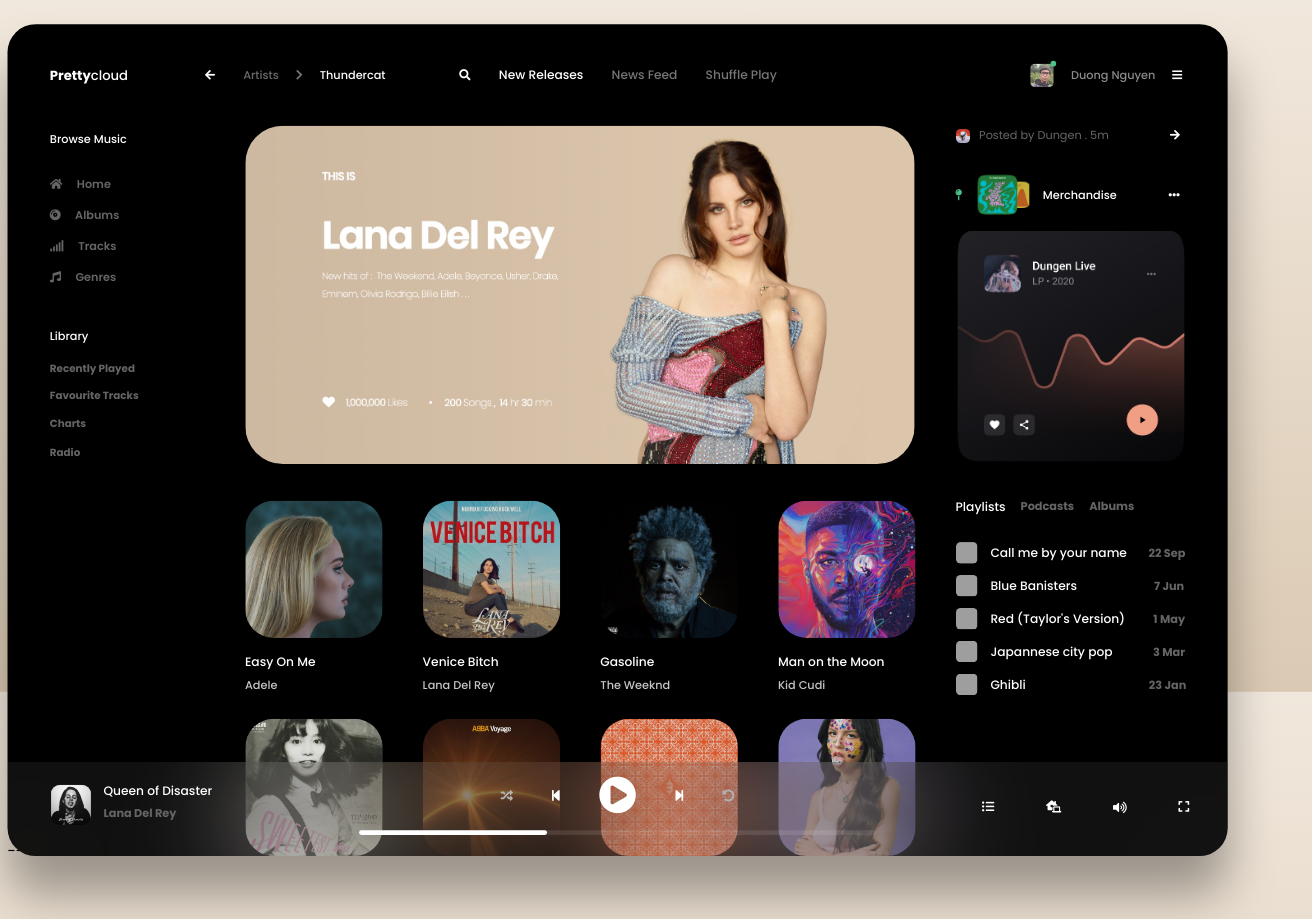
Repository: nguyenduong12345/music-player
Page: glass.html
The author's editor kept a copy of each file at every save. The page is drawn from the files as they stood at one save, then again after the next save.
The browser window is 1280 px wide. The page is 1396 px wide, then 1280 px, so the pictures cover 1396 px, including what lies to the right of the window. The pictures show the whole page, at 94% of full size.
Pictures or frames that could not be fetched are drawn as grey boxes. The style sheet was rebuilt from its Sass, Less or Tailwind sources for each picture, by a compiler version that may differ from the author's.

Above is the page before, as saved 2022-02-07 12:26:28.

### glass.html
<!DOCTYPE html>
<html lang="en">
  <head>
    <meta charset="UTF-8" />
    <meta http-equiv="X-UA-Compatible" content="IE=edge" />
    <meta name="viewport" content="width=device-width, initial-scale=1.0" />
    <title>Glass Website</title>
    <link
      href="https://fonts.googleapis.com/css2?family=Poppins:ital,wght@0,300;0,400;0,500;0,600;0,700;0,800;1,300;1,400;1,500;1,600;1,700;1,800&family=Rubik:ital,wght@0,300;0,400;0,500;0,600;0,700;0,800;1,300;1,400;1,500;1,600;1,700;1,800&display=swap"
      rel="stylesheet"
    />
    <link rel="stylesheet" href="./css/glass.css" />
    <link href="/fontawesome/css/all.css" rel="stylesheet" />
  </head>
  <body>
    <script src=""></script>
    <!-- <div class="circle"></div> -->
    <!-- <main>
      <section class="glass">
        <div class="dashboard">
          <div class="user">
            <div class="user-avatar">
              <img class="avatar" srcset="image\IMG_6675.jpg" alt="" />
            </div>
            <h3>Duong Nguyen</h3>
            <p>Pro Member</p>
          </div>
          <div class="links">
            <div class="link">
              <img class="dashboard-icon" src="../image/steam.png" alt="" />
              <h2 class="link-text">Streams</h2>
            </div>
            <div class="link">
              <img class="dashboard-icon" src="../image/library.png" alt="" />
              <h2 class="link-text">Library</h2>
            </div>
            <div class="link">
              <img class="dashboard-icon" src="../image/twitch.png" alt="" />
              <h2 class="link-text">Games</h2>
            </div>
            <div class="link">
              <img class="dashboard-icon" src="../image/upcoming.png" alt="" />
              <h2 class="link-text">New</h2>
            </div>
            <div class="pro">
              <h2 class="pro-text">Join pro for free games.</h2>
              <img
                class="dashboard-icon"
                srcset="../image/controller.png"
                alt=""
              />
            </div>
          </div>
        </div>
        <div class="games">
          <div class="intro">
            <div class="games-heading">
              <h1>Active Games</h1>
            </div>
            <div class="seach-games">
              <input type="seach" class="seach-games__game" id="" />
              <div class="seach-games__custom"></div>
            </div>
          </div>
          <div class="card">
            <img class="game-image" src="./image/sackboy.png" alt="" />
            <div class="card-info">
              <h2 class="card-info__title">Sackboy A Great Advanture</h2>
              <p class="card-info__desc">PS5 Version</p>
              <div class="card-progress"></div>
            </div>
            <h2 class="percentage">60%</h2>
          </div>
          <div class="card">
            <img class="game-image" src="./image/spiderman.png" alt="" />
            <div class="card-info">
              <h2 class="card-info__title">Spiderman Miles Morales</h2>
              <p class="card-info__desc">PS5 Version</p>
              <div class="card-progress"></div>
            </div>
            <h2 class="percentage">60%</h2>
          </div>
          <div class="card">
            <img class="game-image" src="./image/assassins.png" alt="" />
            <div class="card-info">
              <h2 class="card-info__title">Assassins Creed Valhalla</h2>
              <p class="card-info__desc">PS5 Version</p>
              <div class="card-progress"></div>
            </div>
            <h2 class="percentage">60%</h2>
          </div>
        </div>
      </section>
    </main>
    <div class="circle1"></div>
    <div class="circle2"></div> -->
    <!-- <section class="grid">


      <div class="custom-grid">
        <img
          class="custom-grid__item"
          src="https://images.unsplash.com/photo-1519681393784-d120267933ba?ixlib=rb-1.2.1&ixid=MnwxMjA3fDB8MHxwaG90by1wYWdlfHx8fGVufDB8fHx8&auto=format&fit=crop&w=1170&q=80"
          alt=""
        />
        <img
          class="custom-grid__item"
          src="https://images.unsplash.com/photo-1485470733090-0aae1788d5af?ixlib=rb-1.2.1&ixid=MnwxMjA3fDB8MHxwaG90by1wYWdlfHx8fGVufDB8fHx8&auto=format&fit=crop&w=1217&q=80"
          alt=""
        />
        <img
          class="custom-grid__item"
          src="https://images.unsplash.com/photo-1508739773434-c26b3d09e071?ixlib=rb-1.2.1&ixid=MnwxMjA3fDB8MHxwaG90by1wYWdlfHx8fGVufDB8fHx8&auto=format&fit=crop&w=1170&q=80"
          alt=""
        />
        <img
          class="custom-grid__item"
          src="https://images.unsplash.com/photo-1508182314998-3bd49473002f?ixlib=rb-1.2.1&ixid=MnwxMjA3fDB8MHxwaG90by1wYWdlfHx8fGVufDB8fHx8&auto=format&fit=crop&w=1170&q=80"
          alt=""
        />
        <img
          class="custom-grid__item"
          src="https://images.unsplash.com/photo-1508144753681-9986d4df99b3?ixlib=rb-1.2.1&ixid=MnwxMjA3fDB8MHxwaG90by1wYWdlfHx8fGVufDB8fHx8&auto=format&fit=crop&w=1170&q=80"
          alt=""
        />
        <img
          class="custom-grid__item"
          src="https://images.unsplash.com/photo-1508144322886-717c284ab392?ixlib=rb-1.2.1&ixid=MnwxMjA3fDB8MHxwaG90by1wYWdlfHx8fGVufDB8fHx8&auto=format&fit=crop&w=1170&q=80"
          alt=""
        />
      </div>
    </section> -->
    <!-- <section class="langdingpage-practice">
      <div class="langdingpage">
        <div class="container">
          <div class="heading">
            <div class="heading-logos">
              <span class="heading__logo">Demo</span> -->
    <!-- </div>
            <div class="heading-menu">
              <a href="" class="heading-menu__option">Find passion</a>
              <a href="" class="heading-menu__option">Categories</a>
              <a href="" class="heading-menu__option">Skills</a>
              <a href="" class="heading-menu__option">Customer</a>
            </div>
            <div class="heading-login">
              <a href="" class="heading-login__option">Login</a>
              <a href="" class="heading-login__option">Free Trial</a>
            </div>
          </div>
          <div class="hero">
            <div class="title">
              <h1>Watch.</h1>
              <h1>Learn.</h1>
              <h1>Grow.</h1>
            </div>
            <div class="course">
              <div class="course-item">
                <img
                  class="course-image"
                  src="https://images.unsplash.com/photo-1633113093730-47449a1a9c6e?ixlib=rb-1.2.1&ixid=MnwxMjA3fDB8MHxwaG90by1wYWdlfHx8fGVufDB8fHx8&auto=format&fit=crop&w=687&q=80"
                  alt=""
                />
              </div>
              <div class="course-item">
                <img
                  class="course-image"
                  src="https://images.unsplash.com/photo-1633113087654-c49c686c2cdf?ixlib=rb-1.2.1&ixid=MnwxMjA3fDB8MHxwaG90by1wYWdlfHx8fGVufDB8fHx8&auto=format&fit=crop&w=687&q=80"
                  alt=""
                />
              </div>
              <div class="course-item">
                <img
                  class="course-image"
                  src="https://images.unsplash.com/photo-1633119446564-877e2c2ae501?ixlib=rb-1.2.1&ixid=MnwxMjA3fDB8MHxwaG90by1wYWdlfHx8fGVufDB8fHx8&auto=format&fit=crop&w=687&q=80"
                  alt=""
                />
              </div>
            </div>
          </div>
          <div class="button">
            <div class="intro">
              <span class="intro-desc">Find your passion</span>
              <div class="intro-box"></div>
            </div>
            <div class="click">
              <a href="" class="click-link">Go</a>
              <div class="click-box"></div>
            </div>
          </div>
        </div>
      </div>
    </section> -->
    <div class="music-landingpage">
      <div class="container">
        <div class="heading">
          <span class="heading-logo">  <strong>Pretty</strong>cloud</span>
          <a href="" class="heading-next__left">
            <i class="fas fa-arrow-left"></i>
          </a>
          <div class="heading-choose">
            <span class="heading-artists">Artists</span>
            <i class="fas fa-chevron-right"></i>
            <span class="heading-thundercat">Thundercat</span>
          </div>
          <div class="heading-menu">
            <i class="heading-menu-item fas fa-search"></i>
            <h3 class="heading-menu-item releases">New Releases</h3>
            <h3 class="heading-menu-item feed">News Feed</h3>
            <h3 class="heading-menu-item play">Shuffle Play</h3>
          </div>
          <div class="user">
            <img
              class="user-item user-avatar"
              src="./image/IMG_6675.jpg"
              alt=""
            />
            <span class="user-item user-name">Duong Nguyen</span>
            <i class="user-item fas fa-bars"></i>
          </div>
        </div>

          <div class="main">
            <div class="dashboard">
              <div class="browse-music">
                <span class="browse-music-intro">Browse Music </span>
                <div class="browse-child browse-music-home">
                  <i class="child fas fa-home"></i>
                  <span class="browse-child__name">Home</span>
                </div>
                <div class="browse-child browse-music-album">
                  <i class="child fas fa-compact-disc"></i>
                  <span class="browse-child__name">Albums</span>
                </div>
                <div class="browse-child browse-music-track">
                  <i class="child fas fa-signal"></i>
                  <span class="browse-child__name">Tracks</span>
                </div>
                <div class="browse-child browse-music-genre">
                  <i class="child fas fa-music"></i>
                  <span class="browse-child__name">Genres</span>
                </div>
              </div>
              <div class="lybrary">
                <span class="lybrary-intro">Library</span>
                <h4 class="lybrary-child">Recently Played</h4 class="lybrary-child">
                <h4 class="lybrary-child">Favourite Tracks</h4 class="lybrary-child">
                <h4 class="lybrary-child">Charts</h4 class="lybrary-child">
                <h4 class="lybrary-child">Radio</h4>
                      </div>
            </div>
            <div class="hero">
              <img src="./image/cover.jpg" alt="" class="hero-cover">
              <div class="hero-songs1">
                <div class="hero-song">
                  <img src="./image/adele.jpg" alt="" class="song-cover">
                  <h1>Easy On Me</h1>
                  <h2>Adele</h2>
                </div>
                <div class="hero-song">
                  <img src="./image/3a92a5ef-1915-4dfd-9d65-dff2d4f665da_1024 (1).jpg" alt="" class="song-cover">
                  <h1>Venice Bitch</h1>
                  <h2>Lana Del Rey</h2>
                </div>
                <div class="hero-song">
                  <img src="./image/BA3A4298-E373-44DA-A2F1-B6DFB06BE264.jpg" alt="" class="song-cover">
                  <h1> Gasoline </h1>
                  <h2>The Weeknd</h2>
                </div>
                <div class="hero-song">
                  <img src="./image/kid-cudi.jpeg" alt="" class="song-cover">
                  <h1>Man on the Moon</h1>
                  <h2>Kid Cudi</h2>
                </div>
              </div>
              <div class="hero-songs2">
                <div class="hero-song">
                  <img src="./image/plasticlove.jfif" alt="" class="song-cover">

                </div>
                <div class="hero-song">
                  <img src="./image/abba.jpg" alt="" class="song-cover">

                </div>
                <div class="hero-song">
                  <img src="./image/ngot.jfif" alt="" class="song-cover">
                </div>
                <div class="hero-song">
                  <img src="./image/olivia.jpg" alt="" class="song-cover">
                </div>
              </div>
            </div>
            <div class="channel">
              <div class="channel-upload">
                <img src="./image/theweekend.jpg" alt="" class="channel-upload__item channel-upload__img">
                <p class="channel-upload__item channel-upload__desc">Posted by Dungen . 5m</p>
               <i class="channel-upload__item fas fa-arrow-right"></i>
              </div>
              <div class="channel-pin">
                <i class="channel-pin__child fas fa-map-pin"></i>
                <img src="./image/upload-ava.png" alt="" class="channel-pin__child channel-pin__img">
                <span class="channel-pin__child channel-pin__title">Merchandise</span>
                <i class="channel-pin__child fas fa-ellipsis-h"></i>
              </div>
              <div class="channel-radio">
                <img src="./image/radio.png" alt="" class="channel-radio__img">
              </div>
              <div class="channel-playlists">
                <div class="channel-playlists-list">
                  <h3 class="channel-playlists-list__child">Playlists</h3>
                  <h4 class="channel-playlists-list__child">Podcasts</h4>
                  <h4 class="channel-playlists-list__child">Albums</h4>
                </div>
                <div class="channel-songs">
                  <div class="channel-songs-song"><img class="channel-songs-img" src="https://www.musiconvinyl.com/fotos/3458_foto1_product_xl.jpg" alt="">
                    <h3 class=" channel-songs-name1">Call me by your name</h3>
                    <h4 class="channel-songs-time">22 Sep</h4>
                  </div>
                  <div class="channel-songs-song"><img class="channel-songs-img" src="https://encrypted-tbn0.gstatic.com/images?q=tbn:ANd9GcRlMVyZ0IocN63lKW5u8S1Xuzi3na4qSieNDnaYT7DryRGKf-6zfpJWt1_6CkNUQ1v0pSc&usqp=CAU" alt="">
                    <h3 class=" channel-songs-name2">Blue Banisters</h3>
                    <h4 class="channel-songs-time">7 Jun</h4>
                  </div>
                  <div class="channel-songs-song"><img class="channel-songs-img" src="https://nld.mediacdn.vn/291774122806476800/2021/6/19/t03-16240818944771485276009.jpg" alt="">
                    <h3 class=" channel-songs-name3">Red (Taylor's Version)</h3>
                    <h4 class="channel-songs-time">1 May</h4>
                  </div>
                  <div class="channel-songs-song"><img class="channel-songs-img" src="http://mostly-retro.com/wp-content/uploads/2018/01/tokyonights.png" alt="">
                    <h3 class=" channel-songs-name4">Japannese city pop</h3>
                    <h4 class="channel-songs-time">3 Mar</h4>
                  </div>
                  <div class="channel-songs-song"><img class="channel-songs-img" src="https://gamek.mediacdn.vn/133514250583805952/2021/11/25/photo-1-16378263365561029256000.jpg" alt="">
                    <h3 class=" channel-songs-name5">Ghibli </h3>
                    <h4 class="channel-songs-time">23 Jan</h4>
                  </div>
                </div>
              </div>
            </div>
          </div>
          <div class="music-player">
            <div class="music-container">
              <div class="music-player__playing">
                <img src="./image/Thf_1571805024.jpg" alt="" class="music-player__avatar">
                <div class="song-desc">
                  <h1 class="music-player__name">Queen of Disaster</h1>
                  <h4 class="music-player__author">Lana Del Rey</h4>
                </div>
              </div>
              <div class="music-player__control">
                <i class="icon-child fas fa-random"></i>
                <i class="icon-child fas fa-step-backward"></i>
                <i class="icon-child fas fa-play-circle"></i>
                <i class="icon-child fas fa-step-forward"></i>
                <i class="icon-child fas fa-undo-alt"></i>
              </div>
              <div class="music-player__progress">
                <div class="progress"></div>
              </div>
              <div class="music-player__media">
                <i class="media-child fas fa-list-ul"></i>
                <i class="media-child fas fa-laptop-house"></i>
                <div class="volume"><i class="media-child fas fa-volume-up"></i>
                  <div class="volume-progress"></div>
                </div>
                <i class="media-child fas fa-expand"></i>
              </div>
            </div>
          </div>
      </div>
      </div> -->
    </div>
  </body>
</html>

Loaded but not shown: fontawesome/css/all.css (library); sass/glass.scss (840 lines, source omitted); javascript/app.js (no stored copy; drawn as an empty file)

After the next save:
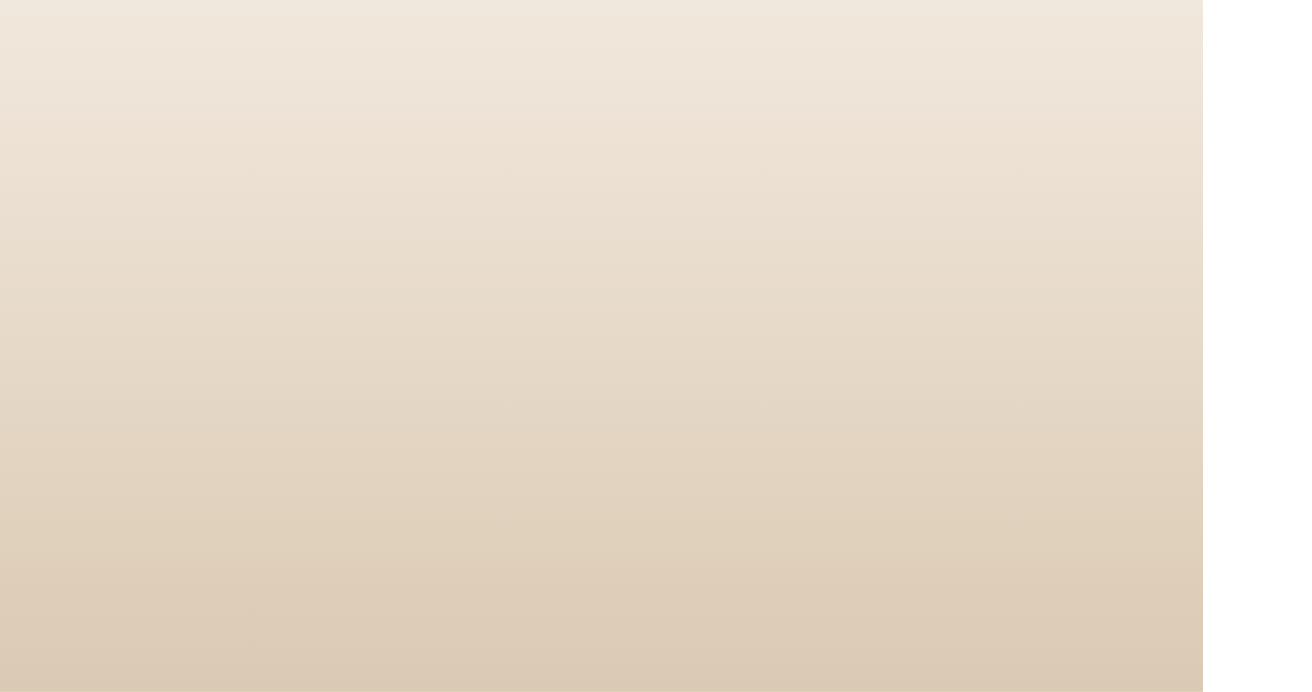
Saved 16 s later.
--- a/glass.html
+++ b/glass.html
@@ -13,7 +13,7 @@
     <link href="/fontawesome/css/all.css" rel="stylesheet" />
   </head>
   <body>
-    <script src=""></script>
+    <script src="./javascript/app.js"></script>
     <!-- <div class="circle"></div> -->
     <!-- <main>
       <section class="glass">
@@ -191,7 +191,7 @@
         </div>
       </div>
     </section> -->
-    <div class="music-landingpage">
+    <!-- <div class="music-landingpage">
       <div class="container">
         <div class="heading">
           <span class="heading-logo">  <strong>Pretty</strong>cloud</span>
